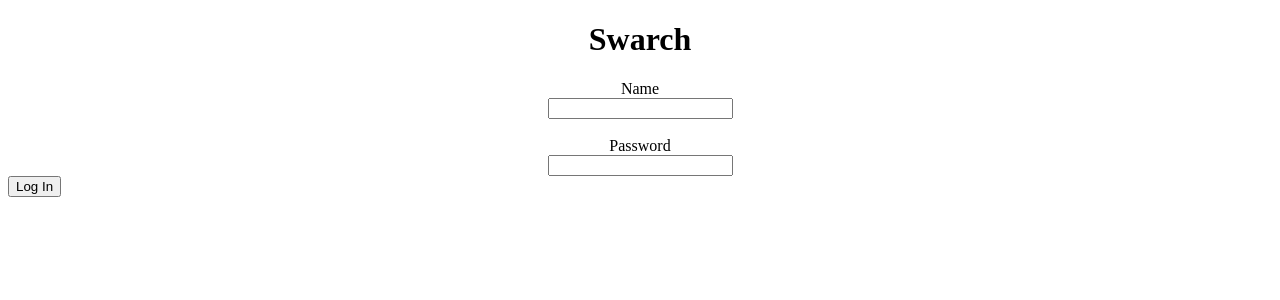
Repository: putty174/Swarch
Page: Swarch/index.htm
The author's editor kept a copy of each file at every save. The page is drawn from the files as they stood at one save, then again after the next save.
The browser window is 1280 px wide. The pictures show the whole page.

Above is the page before, as saved 2014-04-12 06:07:27.

### Swarch/index.htm
<!DOCTYPE html>
<html>
<head>
<title>Swarch</title>
<link rel="stylesheet" href="swarch.css">
<script type="text/javascript">
function getInfo()
{
	var name = document.getElementById('NAME');
	var pass = document.getElementById('PASS');
}
</script>
</head>
<body>
<center><h1>Swarch</h1></center>
<center>Name</center>
<center><input type='text' id="NAME"></center>
<br>
<center>Password</center>
<center><input type='text' id="PASS"></center>
<center></center>
<button type="button" onclick="game()">Log In</button>
<script src="swarch.js"></script>

</body>
</html>

### Swarch/swarch.js
var name;
document.write(name);

Loaded but not shown: Swarch/swarch.css (no copy from this time; the picture is the same without it)

After the next save:
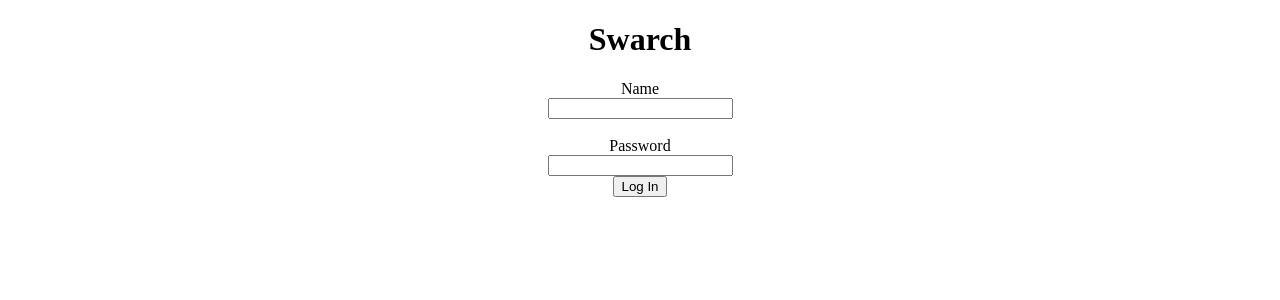
Saved 11 s later.
--- a/Swarch/index.htm
+++ b/Swarch/index.htm
@@ -19,7 +19,7 @@ function getInfo()
 <center>Password</center>
 <center><input type='text' id="PASS"></center>
 <center></center>
-<button type="button" onclick="game()">Log In</button>
+<center><button type="button" onclick="game()">Log In</button></center>
 <script src="swarch.js"></script>
 
 </body>
